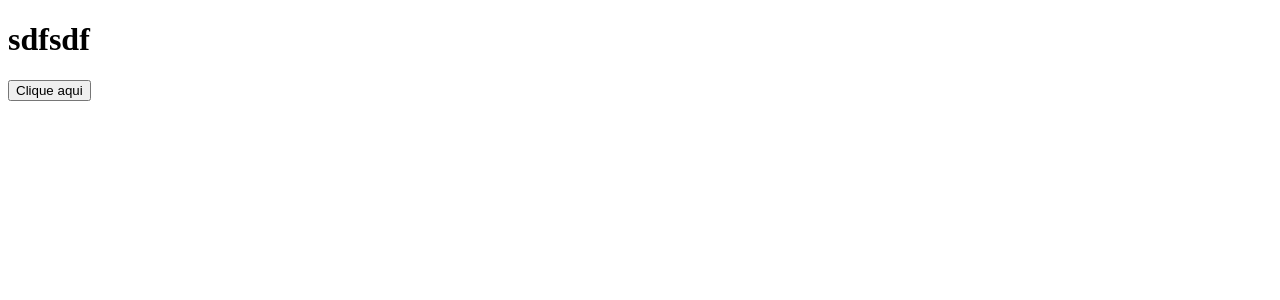
Repository: shamanickCoder/FIAP
Page: Desenvolvimentos de Sistemas Web/1 semestre/Javascript/17-jquery/WebContent/index.html
The author's editor kept a copy of each file at every save. The page is drawn from the files as they stood at one save, then again after the next save.
The browser window is 1280 px wide. The pictures show the whole page.

Above is the page before, as saved 2016-05-18 11:33:15.

### Desenvolvimentos de Sistemas Web/1 semestre/Javascript/17-jquery/WebContent/index.html
<!DOCTYPE html>
<html>
<head>
<meta charset="UTF-8">
<script src = "jquery-1.12.3.min.js"></script>
<script src = "script.js"></script>
<title>tucurucutu</title>
</head>
<body>
 <h1>sdfsdf</h1>
 <button>Clique aqui</button>
</body>
</html>

### Desenvolvimentos de Sistemas Web/1 semestre/Javascript/17-jquery/WebContent/script.js
$().ready(function(){
	$("button").click(function(){
		$("h1").slideToggle();
	});
});

Loaded but not shown: Desenvolvimentos de Sistemas Web/1 semestre/Javascript/17-jquery/WebContent/jquery-1.12.3.min.js (library)

After the next save:
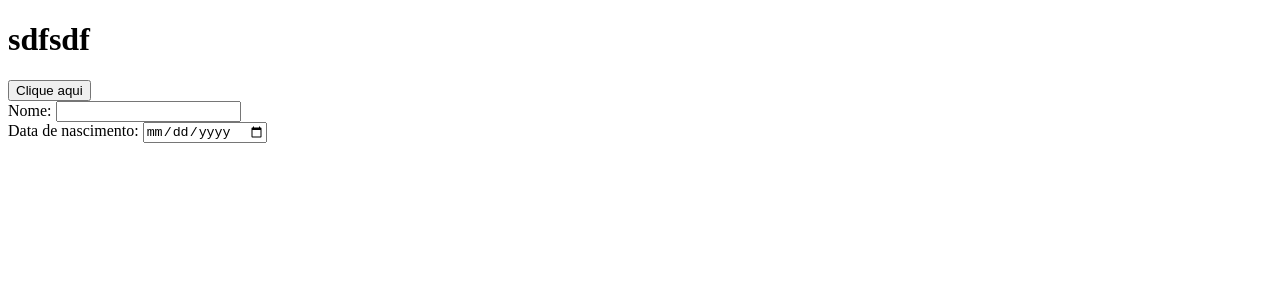
Saved 10 min 23 s later.
--- a/Desenvolvimentos de Sistemas Web/1 semestre/Javascript/17-jquery/WebContent/index.html
+++ b/Desenvolvimentos de Sistemas Web/1 semestre/Javascript/17-jquery/WebContent/index.html
@@ -9,5 +9,17 @@
 <body>
  <h1>sdfsdf</h1>
  <button>Clique aqui</button>
+ <div>
+  <form method = "post" action = "cadastrar">
+   <div>
+    <label for = "nome">Nome:</label>
+    <input type = "text" id = "nome">
+   </div>
+   <div>
+    <label for = "data">Data de nascimento:</label>
+    <input type = "date" id = "data">
+   </div>
+  </form>
+ </div>
 </body>
 </html>
